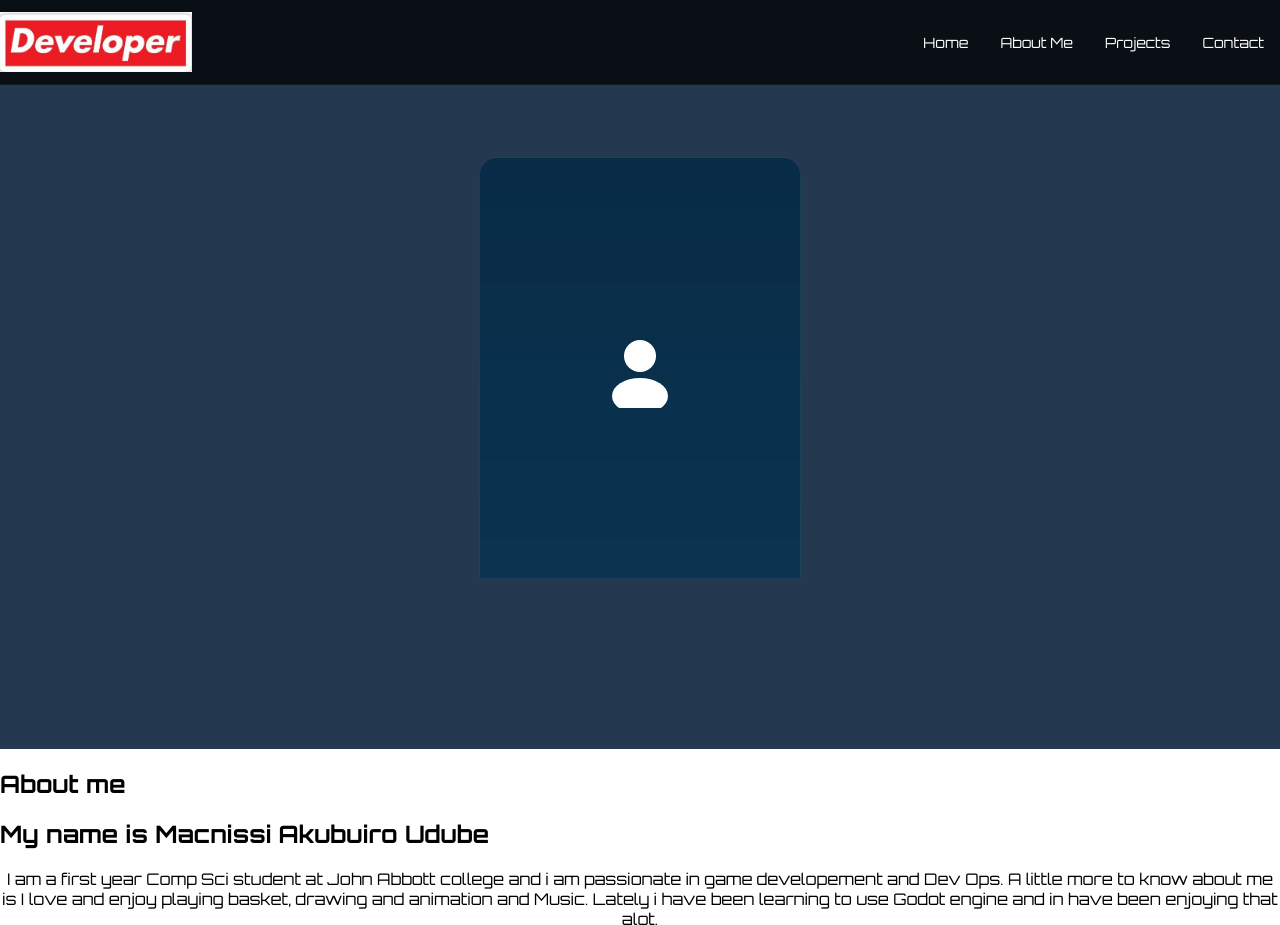
Repository: macnissiudube/macnissiudube
Page: index.html
An editor plug-in stored every save of this project. The page is shown before and after the next save, followed by the edit.
The browser window is 1280 px wide. The pictures show the part of the page from y = 0 to 925 px (the page is 2680 px tall).
A picture or video elsewhere on the page could not be fetched, so the positions and the page height are approximate.

Above is the page before, as saved 2026-05-14 12:31:01.

After the next save:
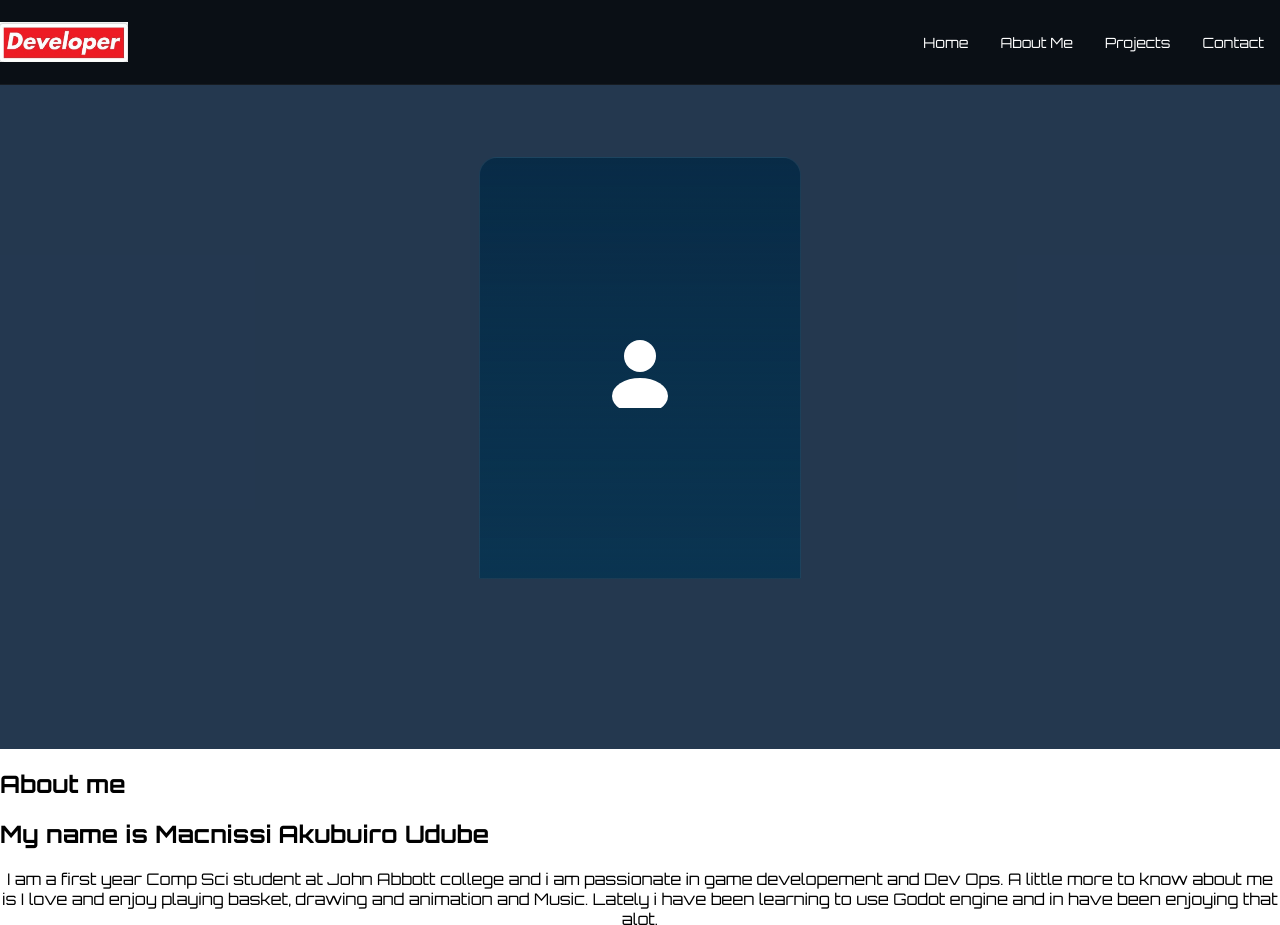
Saved 3 h 14 min later.
--- a/styles/index.css
+++ b/styles/index.css
@@ -13,7 +13,9 @@
   width: 100%;
   margin: 0;
   padding: 0;
-}
+  overflow-x: hidden;
+}
+
 body {
   font-family: "Orbitron-VariableFont_wght";
 }
@@ -50,11 +52,12 @@
   display: flex;
   align-items: center;
   justify-content: flex-end;
+  padding-inline-start: 0;
 }
 
 .headerLogo,
 .footerLogo {
-  width: 15%;
+  width: 10%;
   display: flex;
   align-items: center;
   justify-content: flex-end;
@@ -104,7 +107,6 @@
   display: grid;
   grid-template-columns: repeat(3, 1fr);
   gap: 20px;
-
   position: relative;
   z-index: -1;
 }
